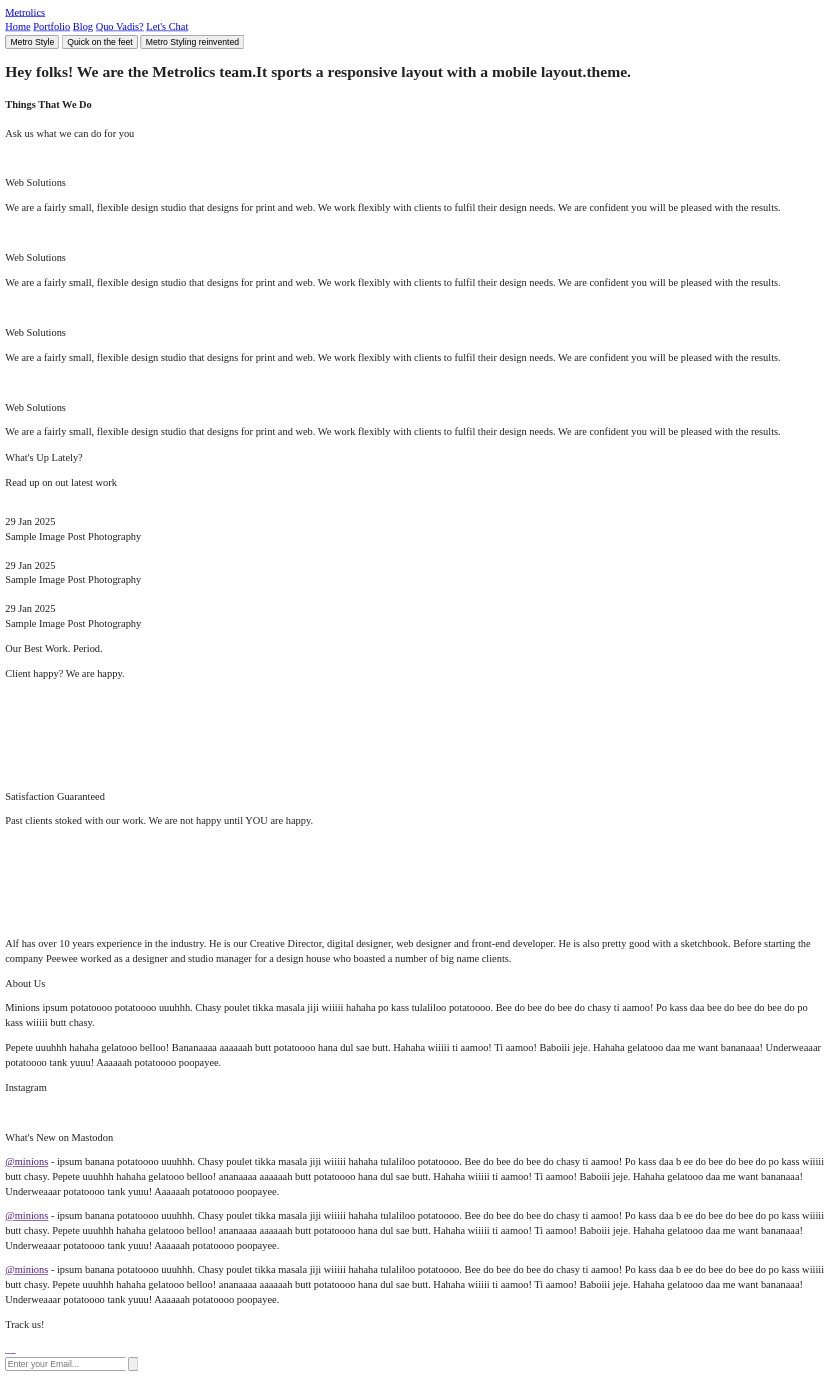
Repository: Angehyy/wk02_site
Page: index.html
These files come from the project's save history. The page is drawn as it stood at one moment and after the next save; the edit follows.
The browser window is 1280 px wide. The pictures show the whole page, at 65% of full size.

Above is the page before, as saved 2025-01-20 20:54:22.

### index.html
<!doctype html>
<html class="no-js" lang="">

<head>
  <meta charset="utf-8">
  <meta name="viewport" content="width=device-width, initial-scale=1">
  <title>Metrolics</title>
  <link rel="stylesheet" href="css/style.css">
  <meta name="description" content="Learn about Metrolics">

  <meta property="og:title" content="">
  <meta property="og:type" content="">
  <meta property="og:url" content="">
  <meta property="og:image" content="">
  <meta property="og:image:alt" content="">

  <link rel="icon" href="/favicon.ico" sizes="any">
  <link rel="icon" href="/icon.svg" type="image/svg+xml">
  <link rel="apple-touch-icon" href="icon.png">

  <link rel="manifest" href="site.webmanifest">
  <meta name="theme-color" content="#fafafa">
</head>

<body>
  <header>
    <div class="header">
      <a href="#default" class="">Metrolics</a>
      <div class="header-right">
        <a href="#home" class="header-home">Home</a>
        <a href="#portfolio" class="header-portfolio">Portfolio</a>
        <a href="#blog" class="header-blog">Blog</a>
        <a href="#quovadis" class="header-quovalids">Quo Vadis?</a>
        <a href="#chat" class="header-chat">Let's Chat</a>
      </div>
    </div>
  </header>

  <main>
    <div class="img-buttons">
      <button class="button-metro">Metro Style</button>
      <button class="button-quick">Quick on the feet</button>
      <button class="button-reinvented">Metro Styling reinvented</button>
      <img src="" alt="" class="home-banner">
    </div>

    <div class="main-text">
      <h2 class="home-main-text">Hey folks! We are the <span class="highligh">Metrolics</span> team.It sports a responsive layout with a mobile layout.theme.</h2>
    </div>

    <section class="section">
      <h4 class="section-header">Things That We Do</h4>
      <p class="section-subheader">Ask us what we can do for you</p>
    </section>

    <div class="web-solutions-container">
      <div class="item">
        <img class="lightbulb" src="" alt="">
        <p class="lightbulb-caption">Web Solutions</p>
        <p class="lightbulb-description">We are a fairly small, flexible design studio that designs for print and web. We work flexibly with clients to fulfil their design needs. We are confident you will be pleased with the results.</p>
      </div>

      <div class="item">
        <img src="" alt="" class="camera">
        <p class="camera-caption">Web Solutions</p>
        <p class="camera-description">We are a fairly small, flexible design studio that designs for print and web. We work flexibly with clients to fulfil their design needs. We are confident you will be pleased with the results.</p>
      </div>

      <div class="item">
        <img src="" alt="" class="touch">
        <p class="touch-caption">Web Solutions</p>
        <p class="touch-description">We are a fairly small, flexible design studio that designs for print and web. We work flexibly with clients to fulfil their design needs. We are confident you will be pleased with the results.</p>
      </div>

      <div class="item">
        <img src="" alt="" class="pencil">
        <p class="pencil-caption">Web Solutions</p>
        <p class="pencil-description">We are a fairly small, flexible design studio that designs for print and web. We work flexibly with clients to fulfil their design needs. We are confident you will be pleased with the results.</p>
      </div>
    </div>

    <section class="section">
      <p class="section-header">What's Up Lately?</p>
      <p class="section-subheader">Read up on out latest work</p>
    </section>

    <div class="flex-container-2">
      <div class="event-1">
        <img src="" alt="" class="event-picture">
        <div class="event-top-right">
          <span class="date-top">29</span>
          <span class="month-bottom">Jan 2025</span>
        </div>
        <div class="event-description">
          <span class="event-bottom-header">Sample Image Post</span>
          <span class="event-bottom-subheader">Photography</span>
        </div>
      </div>
      <div class="">
        <img src="" alt="">
        <div class="event-top-right">
          <span class="date-top">29</span>
          <span class="month-bottom">Jan 2025</span>
        </div>
        <div class="event-description">
          <span class="event-bottom-header">Sample Image Post</span>
          <span class="event-bottom-subheader">Photography</span>
        </div>
      </div>
      <div class="">
        <img src="" alt="">
        <div class="event-top-right">
          <span class="date-top">29</span>
          <span class="month-bottom">Jan 2025</span>
        </div>
        <div class="event-description">
          <span class="event-bottom-header">Sample Image Post</span>
          <span class="event-bottom-subheader">Photography</span>
        </div>
      </div>
    </div>

    <section class="section">
      <p class="section-header">Our Best Work. Period.</p>
      <p class="section-subheader">Client happy? We are happy.</p>
    </section>

   <div class="gallary-container">
      <div class="gallary">
        <img src="" alt="" class="gallary">
      </div>
      <div class="gallary">
        <img src="" alt="" class="gallary">
      </div>
      <div class="gallary">
        <img src="" alt="" class="gallary">
      </div>
      <div class="gallary">
        <img src="" alt="" class="gallary">
      </div>
      <div class="gallary">
        <img src="" alt="" class="gallary">
      </div>
      <div class="gallary">
        <img src="" alt="" class="gallary">
      </div>
    </div>

    <section class="section">
      <p class="section-header">Satisfaction Guaranteed</p>
      <p class="section-subheader">Past clients stoked with our work. We are not happy until YOU are happy.</p>
    </section>

    <div class="client-container">
      <div class="client" id="kirita">
        <span class="client-rectangle">
          <img src="" alt="" class="client-logo">
        </span>
      </div>
      <div class="client" id="inkscape">
        <span class="client-rectangle">
          <img src="" alt="" class="client-logo">
        </span>
      </div>
      <div class="client" id="godot">
        <span class="client-rectangle">
          <img src="" alt="" class="client-logo">
        </span>
      </div>
      <div class="client" id="blender">
        <span class="client-rectangle">
          <img src="" alt="" class="client-logo">
        </span>
      </div>
      <div class="client" id="penpot">
        <span class="client-rectangle">
          <img src="" alt="" class="client-logo">
        </span>
      </div>
    </div>

  </main>

  <footer class="footer">
    <section class="profile">
      <span class="profile">
        <img src="" alt="" class="profile-pic">
        <p class="profile-bio">Alf has over 10 years experience in the industry. He is our Creative Director, digital designer, web designer and front-end developer. He is also pretty good with a sketchbook. Before starting the company Peewee worked as a designer and studio manager for a design house who boasted a number of big name clients.</p>
      </span>
    </section>
    <div class="about-us">
      <p class="footer-subheader">About Us</p>
      <p class="footer-text">Minions ipsum potatoooo potatoooo uuuhhh. Chasy poulet tikka masala jiji wiiiii hahaha po kass tulaliloo potatoooo. Bee do bee do bee do chasy ti aamoo! Po kass daa bee do bee do bee do po kass wiiiii butt chasy.</p>

      <p class="footer-text">Pepete uuuhhh hahaha gelatooo belloo! Bananaaaa aaaaaah butt potatoooo hana dul sae butt. Hahaha wiiiii ti aamoo! Ti aamoo! Baboiii jeje. Hahaha gelatooo daa me want bananaaa! Underweaaar potatoooo tank yuuu! Aaaaaah potatoooo poopayee. </p>
    </div>
    <div class="instagram">
      <p class="footer-subheader">Instagram</p>
      <img src="" alt="" class="insta-post">
      <img src="" alt="" class="insta-post">
      <img src="" alt="" class="insta-post">
      <img src="" alt=""class="insta-post">
      <img src="" alt=""class="insta-post">
      <img src="" alt=""class="insta-post">
      <img src="" alt=""class="insta-post">
      <img src="" alt=""class="insta-post">
    </div>

    <div class="mastodon">
      <p class="footer-subheader">What's New on Mastodon</p>
      <p class="footer-text"><a href="" class="mention">@minions</a> - ipsum banana potatoooo uuuhhh. Chasy poulet tikka masala jiji wiiiii hahaha tulaliloo potatoooo. Bee do bee do bee do chasy ti aamoo! Po kass daa b ee do bee do bee do po kass wiiiii butt chasy. Pepete uuuhhh hahaha gelatooo belloo! ananaaaa aaaaaah butt potatoooo hana dul sae butt. Hahaha wiiiii ti aamoo! Ti aamoo! Baboiii jeje. Hahaha gelatooo daa me want bananaaa! Underweaaar potatoooo tank yuuu! Aaaaaah potatoooo poopayee. </p>
      <p class="footer-text"><a href="" class="mention">@minions</a> - ipsum banana potatoooo uuuhhh. Chasy poulet tikka masala jiji wiiiii hahaha tulaliloo potatoooo. Bee do bee do bee do chasy ti aamoo! Po kass daa b ee do bee do bee do po kass wiiiii butt chasy. Pepete uuuhhh hahaha gelatooo belloo! ananaaaa aaaaaah butt potatoooo hana dul sae butt. Hahaha wiiiii ti aamoo! Ti aamoo! Baboiii jeje. Hahaha gelatooo daa me want bananaaa! Underweaaar potatoooo tank yuuu! Aaaaaah potatoooo poopayee. </p>
      <p class="footer-text"><a href="" class="mention">@minions</a> - ipsum banana potatoooo uuuhhh. Chasy poulet tikka masala jiji wiiiii hahaha tulaliloo potatoooo. Bee do bee do bee do chasy ti aamoo! Po kass daa b ee do bee do bee do po kass wiiiii butt chasy. Pepete uuuhhh hahaha gelatooo belloo! ananaaaa aaaaaah butt potatoooo hana dul sae butt. Hahaha wiiiii ti aamoo! Ti aamoo! Baboiii jeje. Hahaha gelatooo daa me want bananaaa! Underweaaar potatoooo tank yuuu! Aaaaaah potatoooo poopayee. </p>
    </div>

    <div class="track-us">
      <p class="footer-subheader">Track us!</p>
      <a href="" class="blue">
        <img src="" alt="" class="socials-icon">
      </a>
      <a href="" class="red">
        <img src="" alt="" class="socials-icon">
      </a>

      <a href="" class="light-blue">
        <img src="" alt="" class="socials-icon">
      </a>

      <a href="" class="pink">
        <img src="" alt="" class="socials-icon">
      </a>

      <a href="" class="yellow">
        <img src="" alt="" class="socials-icon">
      </a>

      <form class="email-form" method="post">
        <input class="email-textbox" type="email" id="email" placeholder="Enter your Email...">
        <button class="sumbit-button" type="submit"><img class="paper-plane" src="" alt=""></button>
      </form>
    </div>

  </footer>

  <script src="js/app.js"></script>

</body>

</html>

### css/style.css
/*! HTML5 Boilerplate v9.0.1 | MIT License | https://html5boilerplate.com/ */

/* main.css 3.0.0 | MIT License | https://github.com/h5bp/main.css#readme */
/*
 * What follows is the result of much research on cross-browser styling.
 * Credit left inline and big thanks to Nicolas Gallagher, Jonathan Neal,
 * Kroc Camen, and the H5BP dev community and team.
 */

/* ==========================================================================
   Base styles: opinionated defaults
   ========================================================================== */

html {
  color: #222;
  font-size: 1em;
  line-height: 1.4;
}

/*
 * Remove text-shadow in selection highlight:
 * https://twitter.com/miketaylr/status/12228805301
 *
 * Customize the background color to match your design.
 */

::-moz-selection {
  background: #b3d4fc;
  text-shadow: none;
}

::selection {
  background: #b3d4fc;
  text-shadow: none;
}

/*
 * A better looking default horizontal rule
 */

hr {
  display: block;
  height: 1px;
  border: 0;
  border-top: 1px solid #ccc;
  margin: 1em 0;
  padding: 0;
}

/*
 * Remove the gap between audio, canvas, iframes,
 * images, videos and the bottom of their containers:
 * https://github.com/h5bp/html5-boilerplate/issues/440
 */

audio,
canvas,
iframe,
img,
svg,
video {
  vertical-align: middle;
}

/*
 * Remove default fieldset styles.
 */

fieldset {
  border: 0;
  margin: 0;
  padding: 0;
}

/*
 * Allow only vertical resizing of textareas.
 */

textarea {
  resize: vertical;
}

/* ==========================================================================
   Author's custom styles
   ========================================================================== */

/* ==========================================================================
   Helper classes
   ========================================================================== */

/*
 * Hide visually and from screen readers
 */

.hidden,
[hidden] {
  display: none !important;
}

/*
 * Hide only visually, but have it available for screen readers:
 * https://snook.ca/archives/html_and_css/hiding-content-for-accessibility
 *
 * 1. For long content, line feeds are not interpreted as spaces and small width
 *    causes content to wrap 1 word per line:
 *    https://medium.com/@jessebeach/beware-smushed-off-screen-accessible-text-5952a4c2cbfe
 */

.visually-hidden {
  border: 0;
  clip: rect(0, 0, 0, 0);
  height: 1px;
  margin: -1px;
  overflow: hidden;
  padding: 0;
  position: absolute;
  white-space: nowrap;
  width: 1px;
  /* 1 */
}

/*
 * Extends the .visually-hidden class to allow the element
 * to be focusable when navigated to via the keyboard:
 * https://www.drupal.org/node/897638
 */

.visually-hidden.focusable:active,
.visually-hidden.focusable:focus {
  clip: auto;
  height: auto;
  margin: 0;
  overflow: visible;
  position: static;
  white-space: inherit;
  width: auto;
}

/*
 * Hide visually and from screen readers, but maintain layout
 */

.invisible {
  visibility: hidden;
}

/*
 * Clearfix: contain floats
 *
 * The use of `table` rather than `block` is only necessary if using
 * `::before` to contain the top-margins of child elements.
 */

.clearfix::before,
.clearfix::after {
  content: "";
  display: table;
}

.clearfix::after {
  clear: both;
}

/* ==========================================================================
   EXAMPLE Media Queries for Responsive Design.
   These examples override the primary ('mobile first') styles.
   Modify as content requires.
   ========================================================================== */

@media only screen and (min-width: 35em) {
  /* Style adjustments for viewports that meet the condition */
}

@media print,
  (-webkit-min-device-pixel-ratio: 1.25),
  (min-resolution: 1.25dppx),
  (min-resolution: 120dpi) {
  /* Style adjustments for high resolution devices */
}

/* ==========================================================================
   Print styles.
   Inlined to avoid the additional HTTP request:
   https://www.phpied.com/delay-loading-your-print-css/
   ========================================================================== */

@media print {
  *,
  *::before,
  *::after {
    background: #fff !important;
    color: #000 !important;
    /* Black prints faster */
    box-shadow: none !important;
    text-shadow: none !important;
  }

  a,
  a:visited {
    text-decoration: underline;
  }

  a[href]::after {
    content: " (" attr(href) ")";
  }

  abbr[title]::after {
    content: " (" attr(title) ")";
  }

  /*
   * Don't show links that are fragment identifiers,
   * or use the `javascript:` pseudo protocol
   */
  a[href^="#"]::after,
  a[href^="javascript:"]::after {
    content: "";
  }

  pre {
    white-space: pre-wrap !important;
  }

  pre,
  blockquote {
    border: 1px solid #999;
    page-break-inside: avoid;
  }

  tr,
  img {
    page-break-inside: avoid;
  }

  p,
  h2,
  h3 {
    orphans: 3;
    widows: 3;
  }

  h2,
  h3 {
    page-break-after: avoid;
  }
}

Loaded but not shown: js/app.js (no stored copy; drawn as an empty file)

After the next save:
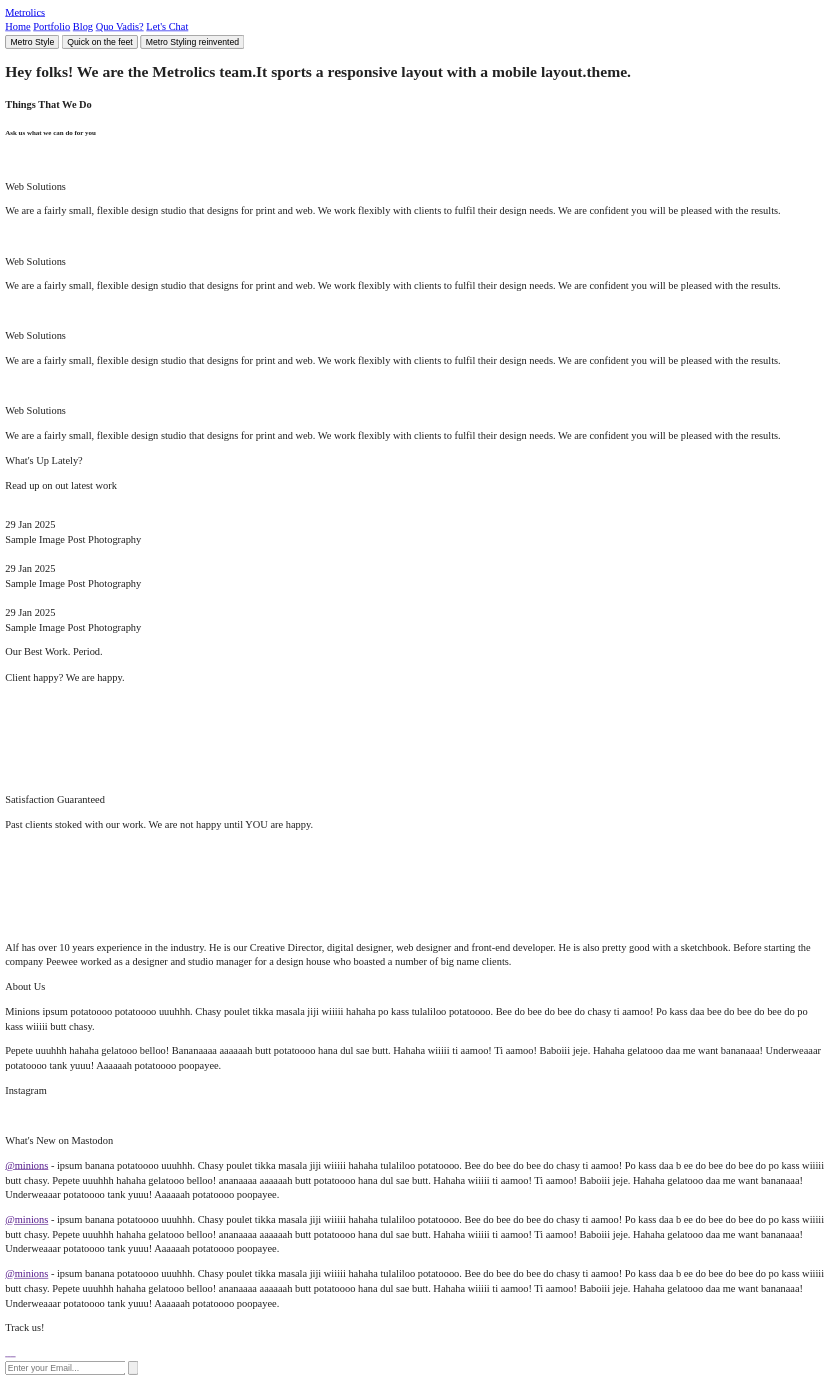
Saved 4 s later.
--- a/index.html
+++ b/index.html
@@ -50,7 +50,7 @@
 
     <section class="section">
       <h4 class="section-header">Things That We Do</h4>
-      <p class="section-subheader">Ask us what we can do for you</p>
+      <h6 class="section-subheader">Ask us what we can do for you</p>
     </section>
 
     <div class="web-solutions-container">
